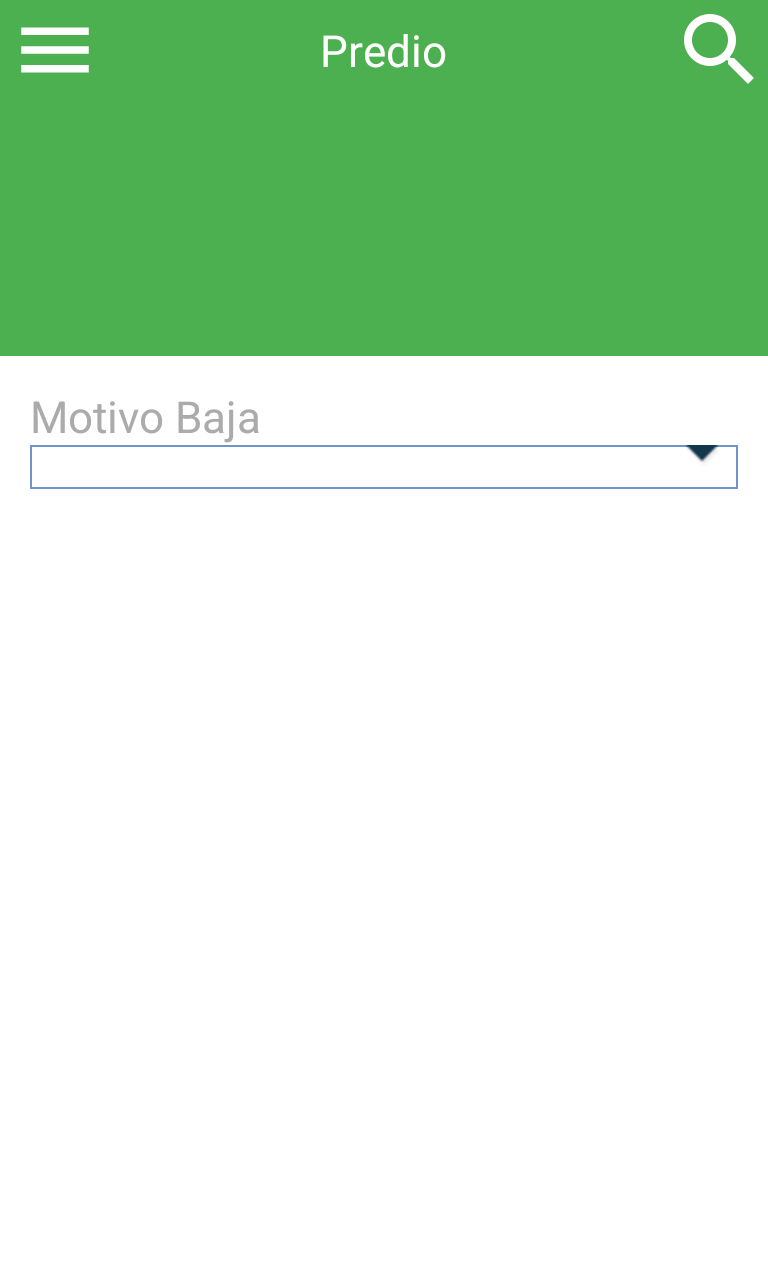
Repository: danielctf/Chilterra
Layout: Proyectos/Animales/res/layout/activity_baja_ganado.xml
The author's editor kept a copy of each file at every save. The layout is drawn from the files as they stood at one save, then again after the next save.
It is drawn on a 768 x 1280 px phone screen (xhdpi) without system bars, with theme AppTheme; the app's code is not run.

Above is the layout before, as saved 2015-10-09 16:12:20.

### Proyectos/Animales/res/layout/activity_baja_ganado.xml
<LinearLayout xmlns:android="http://schemas.android.com/apk/res/android"
    xmlns:tools="http://schemas.android.com/tools"
    android:id="@+id/LinearLayout1"
    android:layout_width="match_parent"
    android:layout_height="match_parent"
    android:orientation="vertical"
    tools:context="cl.a2r.animales.BajaGanado" >

    <RelativeLayout
        android:layout_width="match_parent"
        android:layout_height="50dp"
        android:background="@color/green" >

        <ImageButton
            android:id="@+id/menu"
            android:layout_width="wrap_content"
            android:layout_height="wrap_content"
            android:layout_alignParentLeft="true"
            android:layout_centerVertical="true"
            android:layout_marginLeft="5dp"
            android:background="@null"
            android:src="@drawable/ic_navigation_menu" />

        <TextView
            android:id="@+id/predio"
            android:layout_width="wrap_content"
            android:layout_height="wrap_content"
            android:layout_centerHorizontal="true"
            android:layout_centerVertical="true"
            android:text="Predio"
            android:textAppearance="?android:attr/textAppearanceLarge"
            android:textColor="@color/white" />

        <ImageView
            android:id="@+id/logs"
            android:layout_width="wrap_content"
            android:layout_height="wrap_content"
            android:layout_alignParentRight="true"
            android:layout_centerVertical="true"
            android:src="@drawable/ic_search_white_48dp" />
    </RelativeLayout>

    <RelativeLayout
        android:layout_width="match_parent"
        android:layout_height="wrap_content"
        android:background="@color/green"
        android:layout_weight="0.2" >

        <TextView
            android:id="@+id/despliegaDiio"
            android:layout_width="wrap_content"
            android:layout_height="wrap_content"
            android:layout_centerHorizontal="true"
            android:layout_centerVertical="true"
            android:text=""
            android:textAppearance="?android:attr/textAppearanceLarge" />

    </RelativeLayout>

    <RelativeLayout
        android:layout_width="match_parent"
        android:layout_height="wrap_content"
        android:layout_weight="0.8" >

        <TextView
            android:id="@+id/textView1"
            android:layout_width="wrap_content"
            android:layout_height="wrap_content"
            android:layout_alignParentLeft="true"
            android:layout_alignParentTop="true"
            android:layout_marginLeft="15dp"
            android:layout_marginTop="15dp"
            android:text="Motivo Baja"
            android:textColor="#ababab"
            android:textAppearance="?android:attr/textAppearanceLarge" />

        <Spinner
            android:id="@+id/motivoBaja"
            android:layout_width="match_parent"
            android:layout_height="wrap_content"
            android:layout_alignLeft="@+id/textView1"
            android:layout_marginRight="15dp"
            android:background="@drawable/shape_drop_down_normal"
            android:layout_below="@+id/textView1" />

    </RelativeLayout>

</LinearLayout>

### Proyectos/Animales/res/values/colors.xml
<?xml version="1.0" encoding="utf-8"?>
<resources>
    <color name="red">#ffff0000</color>
    <color name="darkred">#b22222</color>
    <color name="white">#ffffff</color>
    <color name="gris">#cccccc</color>
    <color name="green">#4caf50</color>
</resources>

### Proyectos/Animales/res/drawable/shape_drop_down_normal.xml
<?xml version="1.0" encoding="utf-8"?>
<layer-list xmlns:android="http://schemas.android.com/apk/res/android" >
<item>
    <shape>
        <solid android:color="@android:color/transparent" />

        <stroke
            android:width="1dp"
            android:color="#6f94c7" />

        <padding
            android:bottom="10dp"
            android:left="2dp"
            android:right="10dp" />
    </shape>
</item>
<item>
    <bitmap
        android:gravity="end"
        android:src="@drawable/sm_tooltip_arrow" />
</item>
</layer-list>

Loaded but not shown: Proyectos/Animales/res/values/styles.xml (common file); Proyectos/Animales/res/values-v11/styles.xml (common file); Proyectos/Animales/res/values-v14/styles.xml (common file)

After the next save:
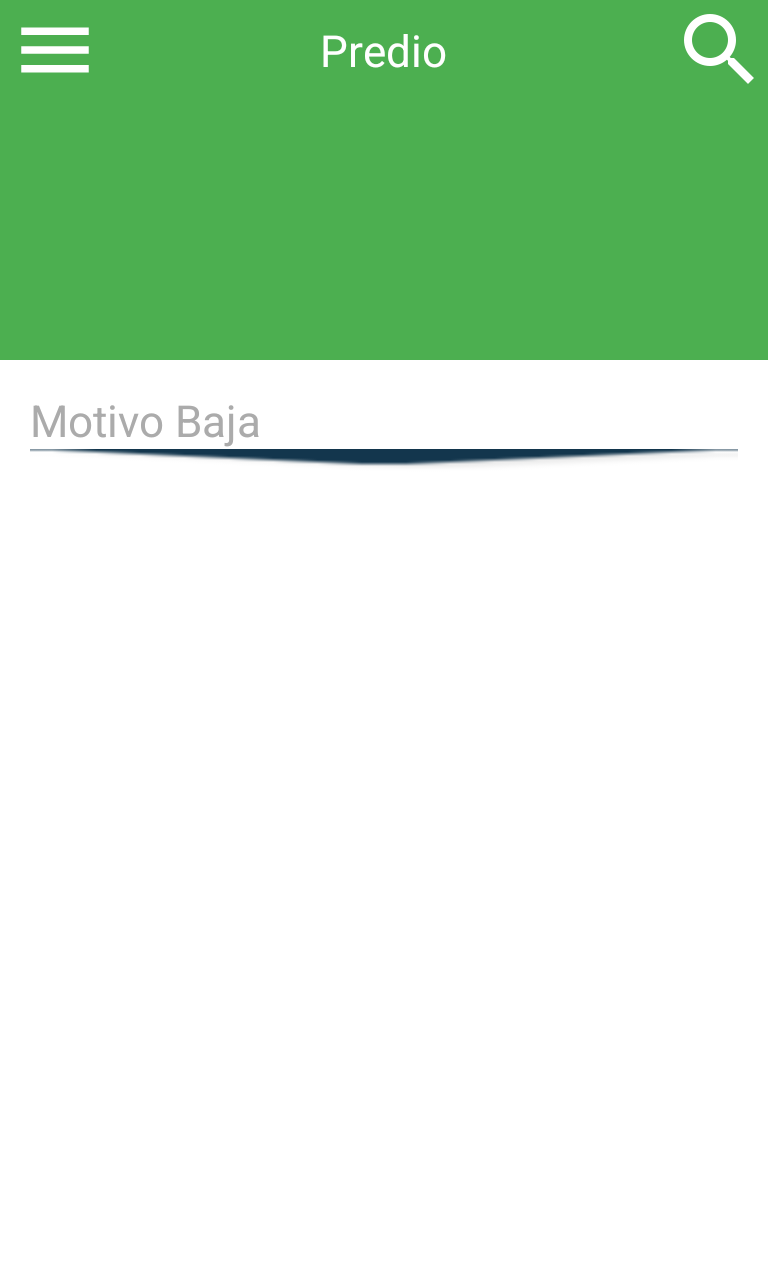
Saved 8 min 54 s later.
--- a/Proyectos/Animales/res/layout/activity_baja_ganado.xml
+++ b/Proyectos/Animales/res/layout/activity_baja_ganado.xml
@@ -80,7 +80,7 @@
             android:layout_height="wrap_content"
             android:layout_alignLeft="@+id/textView1"
             android:layout_marginRight="15dp"
-            android:background="@drawable/shape_drop_down_normal"
+            android:background="@drawable/sm_tooltip_arrow"
             android:layout_below="@+id/textView1" />
 
     </RelativeLayout>

After the save that followed:
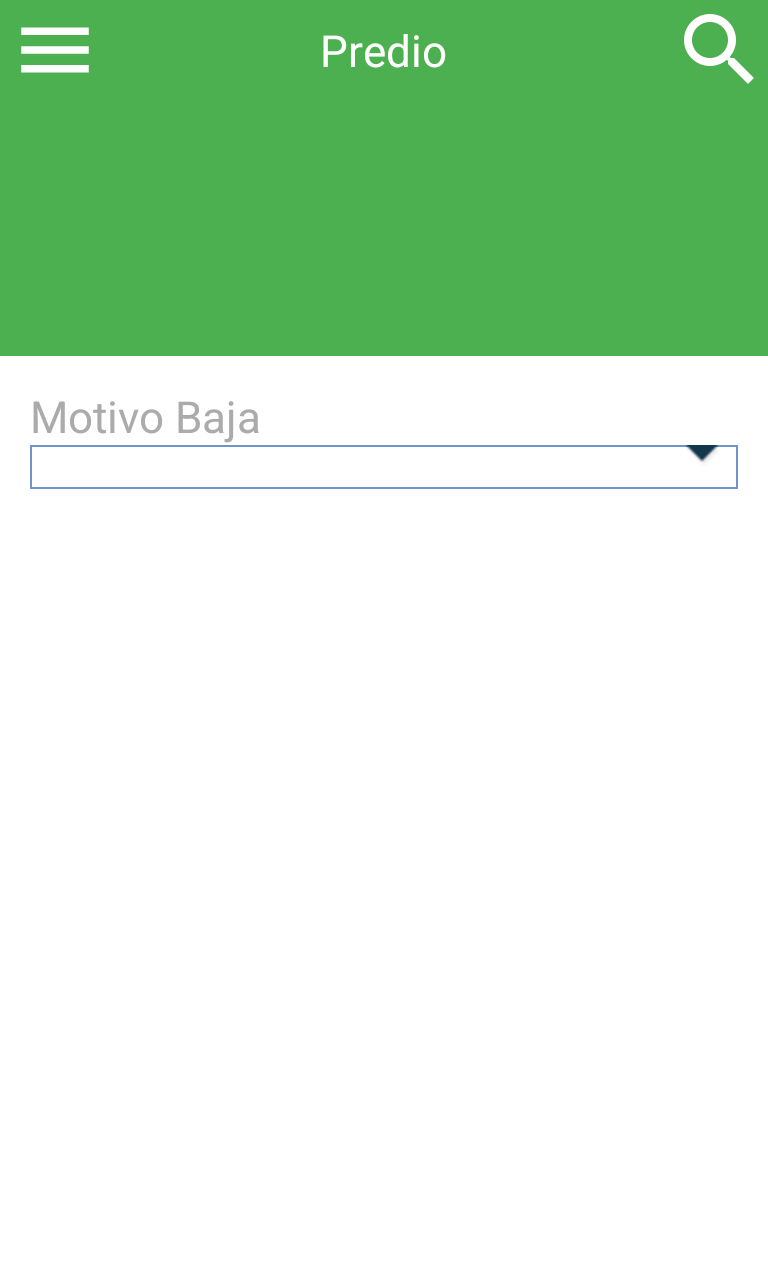
Saved 8 s later.
--- a/Proyectos/Animales/res/layout/activity_baja_ganado.xml
+++ b/Proyectos/Animales/res/layout/activity_baja_ganado.xml
@@ -80,7 +80,7 @@
             android:layout_height="wrap_content"
             android:layout_alignLeft="@+id/textView1"
             android:layout_marginRight="15dp"
-            android:background="@drawable/sm_tooltip_arrow"
+            android:background="@drawable/shape_drop_down_normal"
             android:layout_below="@+id/textView1" />
 
     </RelativeLayout>
